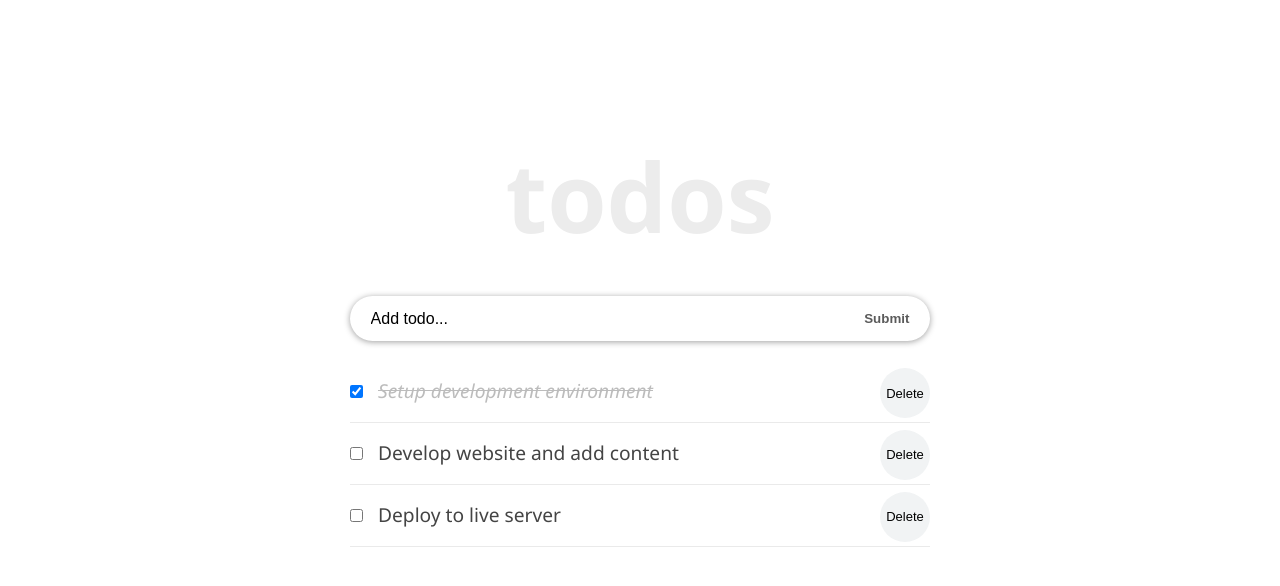
Repository: kennedyowusu/react-todo-app
Page: /
These files come from the project's save history. The page is drawn as it stood at one moment and after the next save; the edit follows.
The browser window is 1280 px wide. The pictures show the whole page.
The project was rebuilt for these pictures with package versions that can differ from the ones it lists, and the page was loaded fresh each time.

Above is the page before, as saved 2023-01-16 13:44:58.

### src/index.js
import React from 'react'
import ReactDOM from 'react-dom'
//component file
import TodoContainer from './components/TodoContainer'

//stylesheet
import './App.css'

ReactDOM.render(
  <React.StrictMode>
    <TodoContainer />
  </React.StrictMode>,
  document.getElementById('root')
)

### src/components/TodoContainer.js
import React from 'react'
import TodosList from './TodosList'
import Header from './Header'
import InputTodo from './InputTodo'
import { v4 as uuidv4 } from 'uuid'

class TodoContainer extends React.Component {
  state = {
    todos: [
      {
        id: uuidv4(),
        title: 'Setup development environment',
        completed: true,
      },
      {
        id: uuidv4(),
        title: 'Develop website and add content',
        completed: false,
      },
      {
        id: uuidv4(),
        title: 'Deploy to live server',
        completed: false,
      },
    ],
  }

  handleChange = (id) => {
    this.setState((prevState) => ({
      todos: prevState.todos.map((todo) => {
        if (todo.id === id) {
          return {
            ...todo,
            completed: !todo.completed,
          }
        }
        return todo
      }),
    }))
  }

  delTodo = (id) => {
    this.setState({
      todos: [
        ...this.state.todos.filter((todo) => {
          return todo.id !== id
        }),
      ],
    })
  }

 addTodoProps = (title) => {
    const newTodo = {
      id:  uuidv4(),
      title: title,
      completed: false,
    }
    this.setState({
      todos: [...this.state.todos, newTodo],
    })
  }

  render() {
    return (
      <div className='container'>
        <div className='inner'>
          <Header />
          <InputTodo addTodoProps={this.addTodoProps} />
          <TodosList
            todos={this.state.todos}
            handleChangeProps={this.handleChange}
            deleteTodoProps={this.delTodo}
          />
        </div>
      </div>
    )
  }
}
export default TodoContainer

### src/components/TodosList.js
import React from 'react'
import TodoItem from './TodoItem'

class TodosList extends React.Component {
  render() {
    return (
      <ul>
        {this.props.todos.map((todo) => (
          <TodoItem
            key={todo.id}
            todo={todo}
          handleChangeProps={this.props.handleChangeProps}
          deleteTodoProps={this.props.deleteTodoProps}
          />
        ))}
      </ul>
    )
  }
}

export default TodosList

### src/components/Header.js
import React from "react"

const Header = () => {
  const headerStyle = {
    padding: '20px 0',
    lineHeight: '1.5em',
  }

  return (
    <header style={headerStyle}>
      <h1
        style={{
          fontSize: '6rem',
          fontWeight: '600',
          marginBottom: '2rem',
          lineHeight: '1em',
          color: '#ececec',
          textTransform: 'lowercase',
          textAlign: 'center',
        }}
      >
        todos
      </h1>
    </header>
  )
}

export default Header

### src/components/InputTodo.js
import React, { Component } from 'react'

class InputTodo extends Component {
  state = {
    title: '',
  }

  onChange = (e) => {
    this.setState({
      [e.target.name]: e.target.value,
    })
  }

  handleSubmit = (e) => {
    e.preventDefault()
    if (this.state.title.trim()) {
      this.props.addTodoProps(this.state.title)
      this.setState({
        title: '',
      })
    } else {
      alert('Please write item')
    }
 }

  render() {
    return (
      <form onSubmit={this.handleSubmit} className='form-container'>
        <input
          type='text'
          placeholder='Add todo...'
          value={this.state.title}
          name='title'
          onChange={this.onChange}
          className='input-text'
        />
        <button className='input-submit'>Submit</button>
      </form>
    )
  }
}
export default InputTodo

### src/components/TodoItem.js
import React from 'react'
import styles from './TodoItem.module.css'

class TodoItem extends React.Component {
 render() {

  const { completed, id, title } = this.props.todo

   const completedStyle = {
     fontStyle: 'italic',
     color: '#595959',
     opacity: 0.4,
     textDecoration: 'line-through',
   }

   return (
     <div>
       <li className={styles.item}>
         <input
           type='checkbox'
           className={styles.checkbox}
           checked={completed}
           onChange={() => this.props.handleChangeProps(id)}
         />
         <button onClick={() => this.props.deleteTodoProps(id)}>Delete</button>
         <span style={completed ? completedStyle : null}>{title}</span>
       </li>
     </div>
   )
  }
}

export default TodoItem

Loaded but not shown: public/index.html (common file); src/App.css (common file); src/components/TodoItem.module.css (common file)

After the next save:
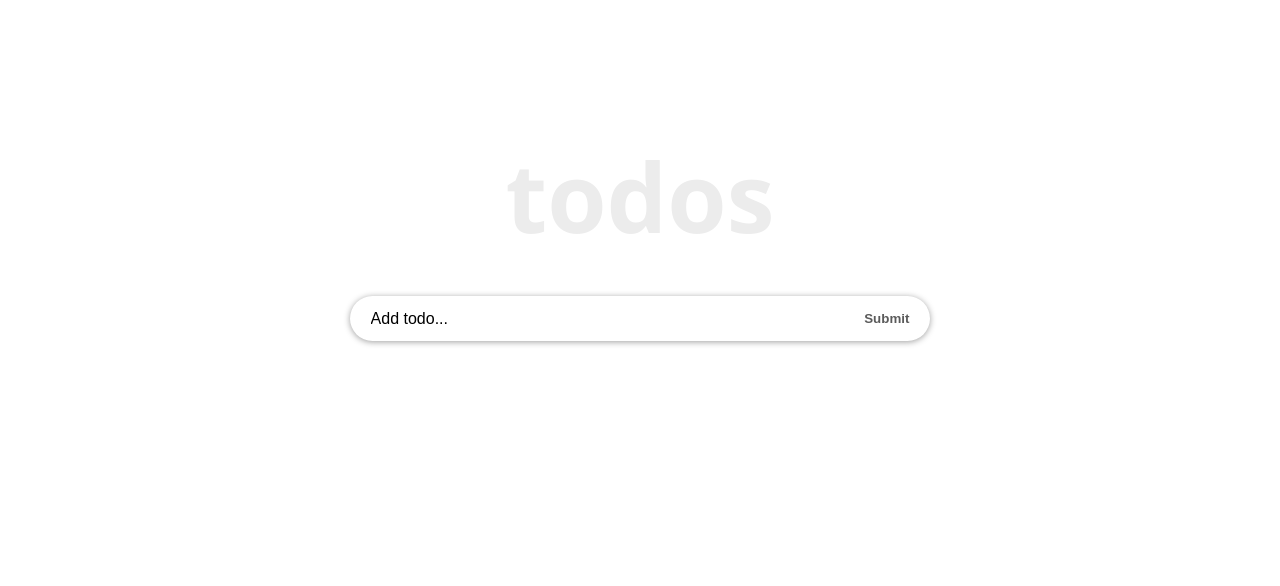
Saved 39 s later.
--- a/src/components/TodoItem.js
+++ b/src/components/TodoItem.js
@@ -15,16 +15,7 @@
 
    return (
      <div>
-       <li className={styles.item}>
-         <input
-           type='checkbox'
-           className={styles.checkbox}
-           checked={completed}
-           onChange={() => this.props.handleChangeProps(id)}
-         />
-         <button onClick={() => this.props.deleteTodoProps(id)}>Delete</button>
-         <span style={completed ? completedStyle : null}>{title}</span>
-       </li>
+
      </div>
    )
   }

After the save that followed:
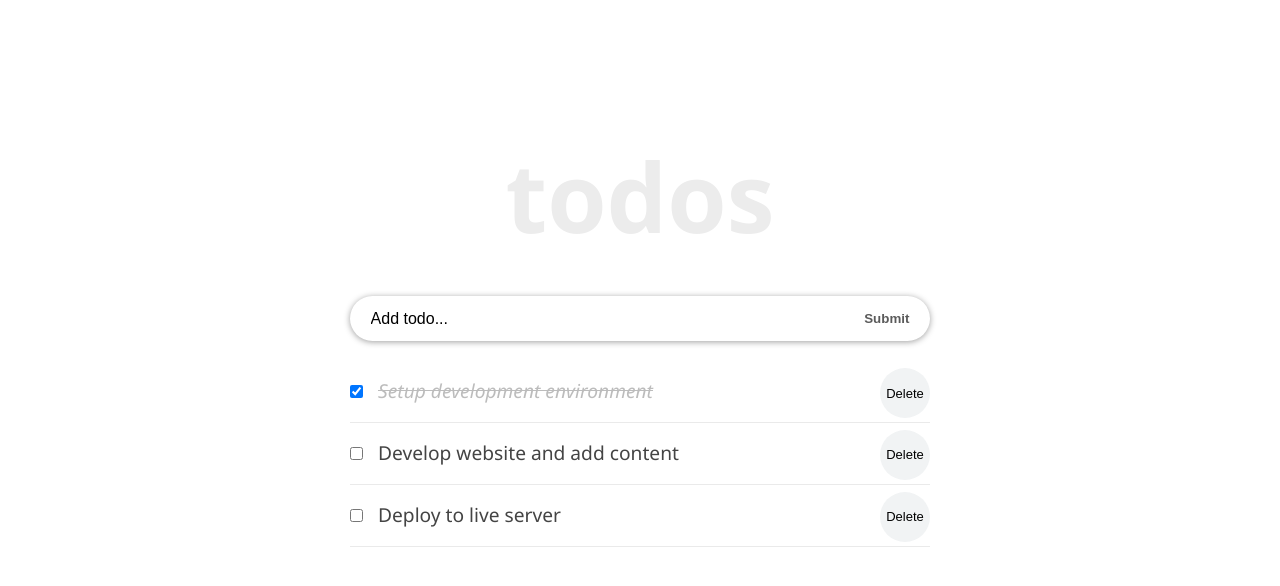
Saved 4 s later.
--- a/src/components/TodoItem.js
+++ b/src/components/TodoItem.js
@@ -14,9 +14,16 @@
    }
 
    return (
-     <div>
-
-     </div>
+     <li className={styles.item}>
+       <input
+         type='checkbox'
+         className={styles.checkbox}
+         checked={completed}
+         onChange={() => this.props.handleChangeProps(id)}
+       />
+       <button onClick={() => this.props.deleteTodoProps(id)}>Delete</button>
+       <span style={completed ? completedStyle : null}>{title}</span>
+     </li>
    )
   }
 }
